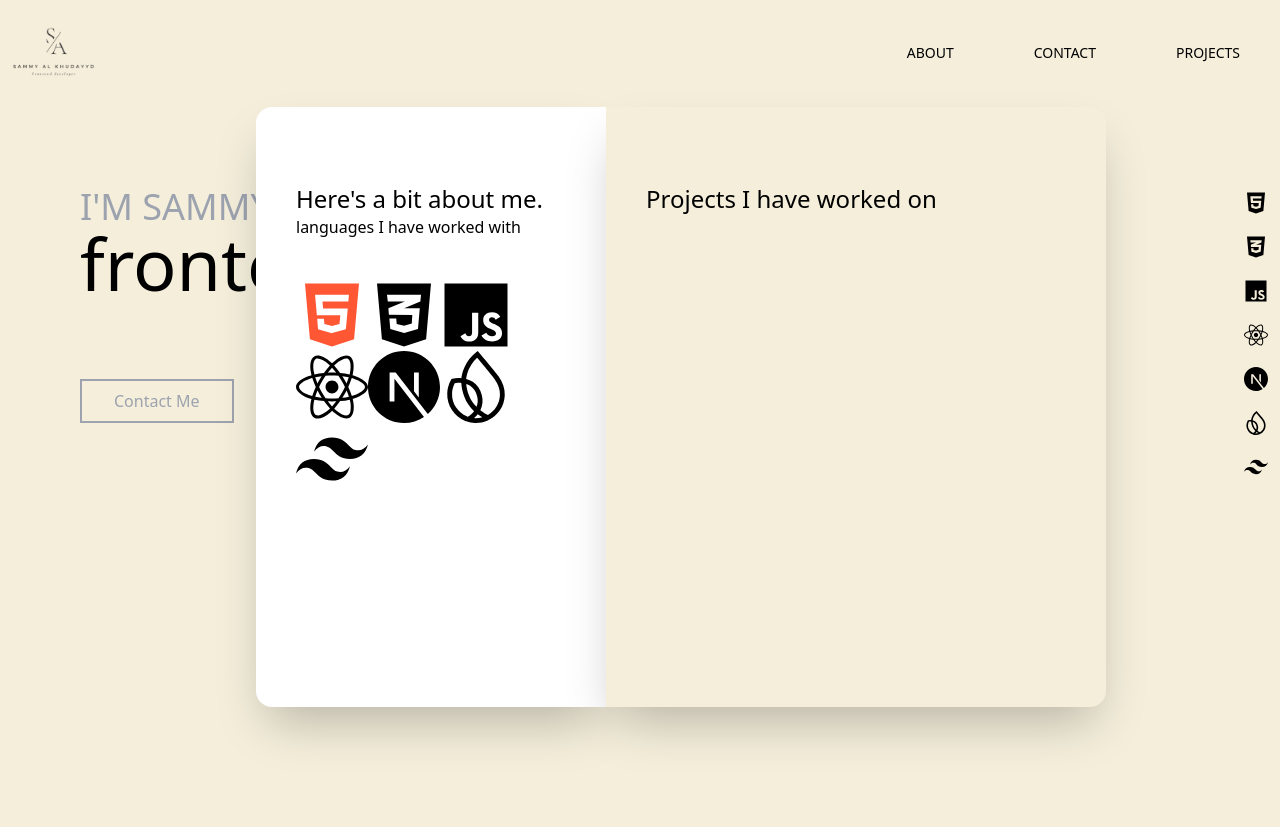
Repository: Al123Kudayyd/myportfolio
Page: /
These files come from the project's save history. The page is drawn as it stood at one moment and after the next save; the edit follows.
The browser window is 1280 px wide. The pictures show the whole page.
The project was rebuilt for these pictures with package versions that can differ from the ones it lists, and the page was loaded fresh each time. Also part of the build but not shown: src/components/model.js.

Above is the page before, as saved 2024-02-21 14:03:06.

After the next save:
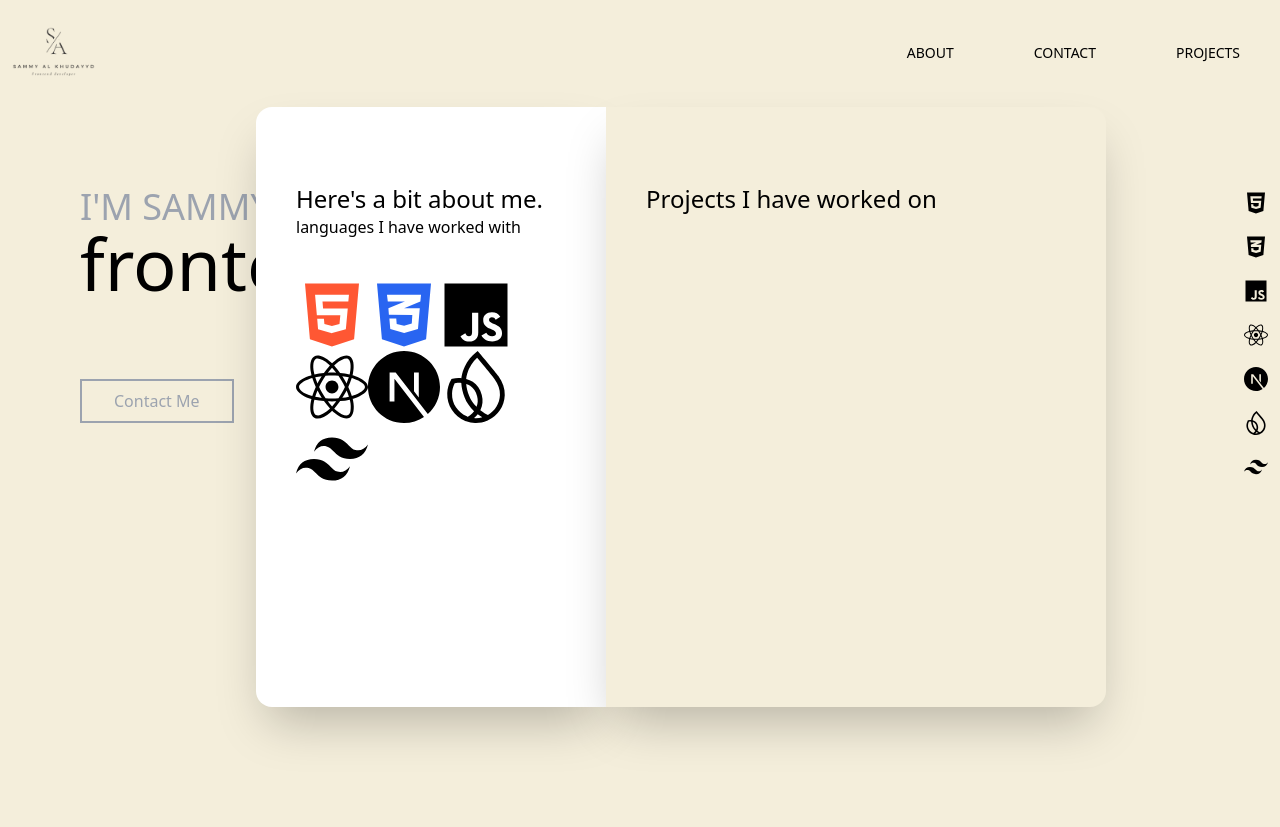
Saved 3 min 3 s later.
--- a/src/components/Projects.jsx
+++ b/src/components/Projects.jsx
@@ -16,7 +16,7 @@ function Projects() {
                     <h3 className='text-md '>languages I have worked with</h3>
                     <div className='flex flex-wrap my-10 text-7xl '>
                         <FaHtml5 className='text-[#FF5733]' />
-                        <FaCss3Alt />
+                        <FaCss3Alt className='text-[#2965F1]' />
                         <IoLogoJavascript />
                         <FaReact />
                         <SiNextdotjs />
